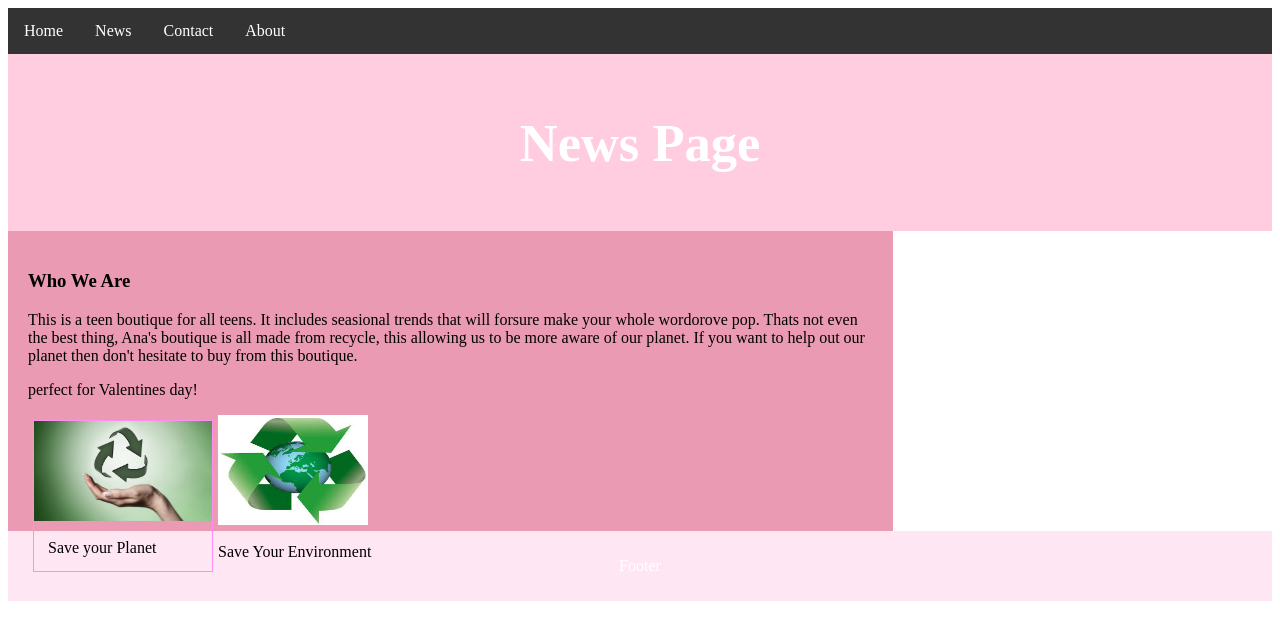
Repository: anavaldovinos/anavaldovinos.github.io
Page: project/news.html
The author's editor kept a record of every edit. The page is drawn from the files as they stood at one moment, then again after the next edit.
The browser window is 1280 px wide. The pictures show the whole page.

Above is the page before.

After the next edit:
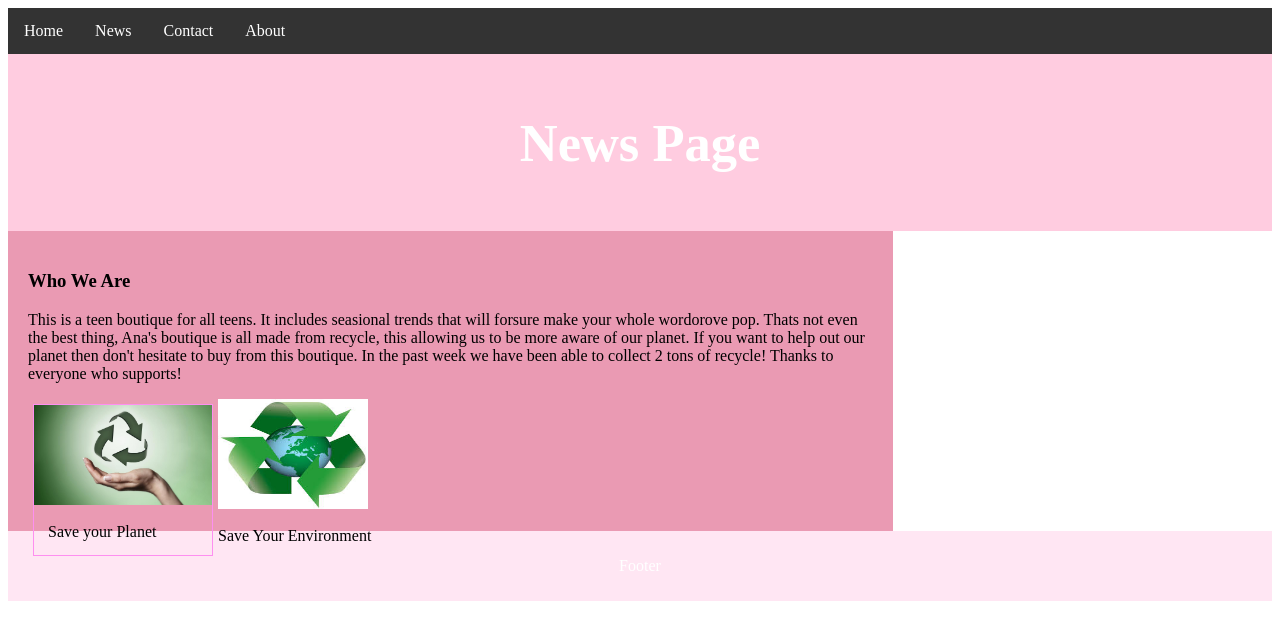
The edit:
--- a/project/news.html
+++ b/project/news.html
@@ -133,8 +133,9 @@
     that will forsure make your whole wordorove pop. Thats not even the best
     thing, Ana's boutique is all made from recycle, this allowing us to be
     more aware of our planet. If you want to help out our planet then don't
-    hesitate to buy from this boutique. </p>
-    <p>perfect for Valentines day!</p>
+    hesitate to buy from this boutique. In the past week we have been able
+    to collect 2 tons of recycle! Thanks to everyone who supports!</p>
+    <p></p>
     <div class="gallery">
 
 
